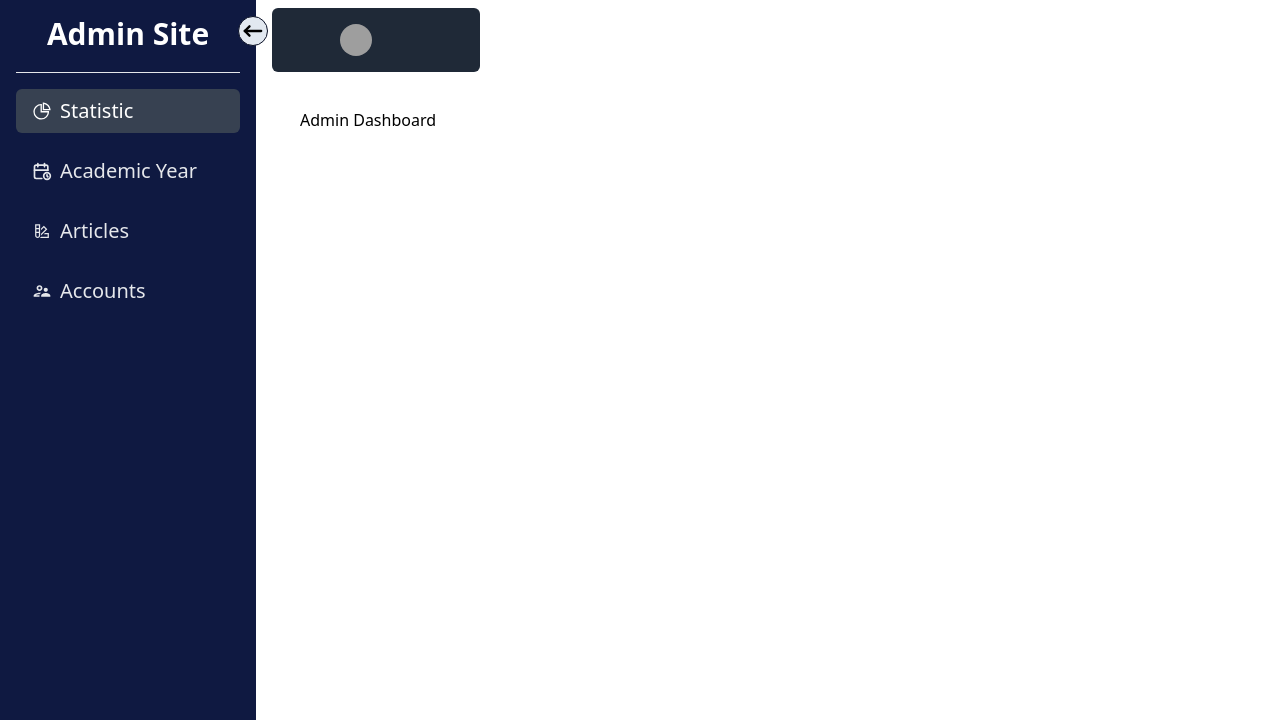
Repository: huynhvanngoan/COMP1640FE-Template
Page: /admin
An editor plug-in stored every save of this project. The page is shown before and after a run of saves, followed by the edit.
The browser window is 1280 px wide. The pictures show the whole page.
Pictures or frames that could not be fetched are drawn as grey boxes. The project was rebuilt for these pictures with package versions that can differ from the ones it lists, and the page was loaded fresh each time. Also part of the build but not shown: src/components/buttonStyles.js, src/pages/LoginPage.jsx, src/pages/student/StudentDashboard.jsx, src/pages/department/DepartmentDashboard.jsx, src/pages/marketing/MarketingDashboard.jsx, src/pages/guest/GuestDashboard.jsx.

Above is the page before, as saved 2024-03-24 07:46:41.

### src/index.js
import React from 'react';
import ReactDOM from 'react-dom/client';
import './index.css';
import App from './App';

const root = ReactDOM.createRoot(document.getElementById('root'));
root.render(
  <React.StrictMode>
      <App />
  </React.StrictMode>
)

### src/index.css
@import url('https://fonts.googleapis.com/css2?family=Inter:wght@100;200;300;400;500;600;700;800;900&display=swap');
@tailwind base;
@tailwind components;
@tailwind utilities;

### src/App.js
import React from 'react'
import { BrowserRouter as Router, Routes, Route, Navigate } from "react-router-dom";
import LoginPage from './pages/LoginPage';
import StudentDashboard from './pages/student/StudentDashboard';
import DepartmentDashboard from './pages/department/DepartmentDashboard';
import MarketingDashboard from './pages/marketing/MarketingDashboard';
import GuestDashboard from './pages/guest/GuestDashboard';
import Layout from './pages/admin/layout';
const App = () => {


  return (
    <Router>
        <Routes>
          <Route path="/login" element={<LoginPage/>} />

          <Route path="/admin" element={<Layout />}/>

          <Route path="/student-dashboard" element={<StudentDashboard />}/>

          <Route path="/guest-dashboard" element={<GuestDashboard />}/>

          <Route path="/department-dashboard" element={<DepartmentDashboard />}/>

          <Route path="/marketing-dashboard" element={<MarketingDashboard />}/>

          {/* <Route path='/marketing-homepage' element={<MarketingHomePage  />}/> */}

          <Route path='*' element={<Navigate to="/login" />} />

        </Routes>
    </Router>
  )
}

export default App

### src/pages/admin/layout.js
import React from 'react';
import Sidebar from './Sidebar';
import Header from './Header';
import AdminDashboard from './AdminDashboard';


export default function Layout() {
  return (
      <div className='flex'>
        <Sidebar />
        <div className='flex flex-col'>
          <Header />
          <AdminDashboard />
        </div>
      </div>
  );
}

### src/pages/admin/Sidebar.js
import React, { useState } from 'react';
import { Link } from 'react-router-dom';
import { AiOutlinePieChart } from "react-icons/ai";
import { TbCalendarTime } from "react-icons/tb";
import { LiaSwatchbookSolid } from "react-icons/lia";
import { MdOutlineSupervisorAccount } from "react-icons/md";
import { TbArrowNarrowLeft } from "react-icons/tb";
export const SidebarContent = [
  {
    icon: AiOutlinePieChart,
    heading: "Statistic"
  },
  {
    icon: TbCalendarTime,
    heading: "Academic Year"
  },
  {
    icon: LiaSwatchbookSolid,
    heading: "Articles"
  },
  {
    icon: MdOutlineSupervisorAccount,
    heading: "Accounts"
  }
]

export default function Sidebar() {
  const [selected, setSelected] = useState(0);
  const [colapse, setColapse] = useState(true);

  return (
    <div className={`left-0 top-0 h-screen bg-[#0f1941] p-4 ${colapse ? "w-64" : "w-20"} duration-300`}>
        <div className='flex flex-col'>
           <div className='relative flex h-12 justify-end'>
            {
              colapse ? (<h1 className='text-white text-3xl font-bold mx-auto '>Admin Site</h1>) : ''
            }
            <TbArrowNarrowLeft className={`text-3xl bg-slate-200 rounded-full cursor-pointer absolute -right-7 border border-[#080e24] hover:text-white ${!colapse && 'rotate-180'}`} onClick={() => setColapse(!colapse)} />
           </div>
          <ul className='my-2 border-t pt-4 w-full items-center'>
            {SidebarContent.map((item, index) => {
              return (
                <li className={selected === index  ? "mb-4 group active" : "mb-4" } key={index} onClick={() => setSelected(index)}>
                  <Link to="#" className={`flex w-full rounded-md items-center space-x-2 text-gray-200 hover:bg-[#080e24] hover:text-white group-[.active]:bg-gray-700 group-[.active]:text-white ${colapse ? 'text-xl px-4 py-2 ': 'text-3xl px-2 py-1'}`}>
                    { colapse ? (
                      <>
                        <item.icon />
                        <span>{item.heading}</span>
                      </>
                    ) : ( <item.icon />)
                    }
                  </Link>
                </li>
              )
            })}
          </ul>
        </div>
    </div>
  );
}

### src/pages/admin/Header.js
import { Disclosure, Menu, Transition } from '@headlessui/react';
import React from 'react';
import { Fragment } from 'react';
function classNames(...classes) {
  return classes.filter(Boolean).join(' ')
}

export default function Header() {
  return (
    <Disclosure as="nav" className="bg-gray-800 my-2 rounded-md ml-4 right-0 w-7xl">
      {({ open }) => (
        <>
          <div className="mx-auto max-w-full px-2 sm:px-6 lg:px-8">
            <div className="relative flex h-16 items-center justify-between">
              <div className="absolute inset-y-0 right-0 flex items-center pr-2 sm:static sm:inset-auto sm:ml-6 sm:pr-0">
                <Menu as="div" className="relative ml-3">
                  <div>
                    <Menu.Button className="relative flex rounded-full bg-gray-800 text-sm focus:outline-none focus:ring-2 focus:ring-white focus:ring-offset-2 focus:ring-offset-gray-800">
                      <span className="absolute -inset-1.5" />
                      <span className="sr-only">Open user menu</span>
                      <img
                        className="h-8 w-8 rounded-full"
                        src="https://images.unsplash.com/photo-1472099645785-5658abf4ff4e?ixlib=rb-1.2.1&ixid=eyJhcHBfaWQiOjEyMDd9&auto=format&fit=facearea&facepad=2&w=256&h=256&q=80"
                        alt=""
                      />
                    </Menu.Button>
                  </div>
                  <Transition
                    as={Fragment}
                    enter="transition ease-out duration-100"
                    enterFrom="transform opacity-0 scale-95"
                    enterTo="transform opacity-100 scale-100"
                    leave="transition ease-in duration-75"
                    leaveFrom="transform opacity-100 scale-100"
                    leaveTo="transform opacity-0 scale-95"
                  >
                    <Menu.Items className="absolute right-0 z-10 mt-2 w-48 origin-top-right rounded-md bg-white py-1 shadow-lg ring-1 ring-black ring-opacity-5 focus:outline-none">
                      <Menu.Item>
                        {({ active }) => (
                          <a
                            href="#"
                            className={classNames(active ? 'bg-gray-100' : '', 'block px-4 py-2 text-sm text-gray-700')}
                          >
                            Your Profile
                          </a>
                        )}
                      </Menu.Item>
                      <Menu.Item>
                        {({ active }) => (
                          <a
                            href="#"
                            className={classNames(active ? 'bg-gray-100' : '', 'block px-4 py-2 text-sm text-gray-700')}
                          >
                            Settings
                          </a>
                        )}
                      </Menu.Item>
                      <Menu.Item>
                        {({ active }) => (
                          <a
                            href="#"
                            className={classNames(active ? 'bg-gray-100' : '', 'block px-4 py-2 text-sm text-gray-700')}
                          >
                            Sign out
                          </a>
                        )}
                      </Menu.Item>
                    </Menu.Items>
                  </Transition>
                </Menu>
              </div>
            </div>
          </div>
        </>
      )}
    </Disclosure>
  )
}

### src/pages/admin/AdminDashboard.js
import React from 'react'

const AdminDashboard = () => {
  return (
      <div className='p-7 mx-4 w-full max-h-full bg'>
        Admin Dashboard
      </div>
  )
}

export default AdminDashboard

### tailwind.config.js
/** @type {import('tailwindcss').Config} */
module.exports = {
  content: [
    "./src/**/*.{js,jsx,ts,tsx}",
  ],
  theme: {
    extend: {
      fontFamily: {
        "inter": ["Inter", "sans-serif"]
      }
    },
  },
  plugins: [],
}

Loaded but not shown: public/index.html (common file)

After the next 3 saves:
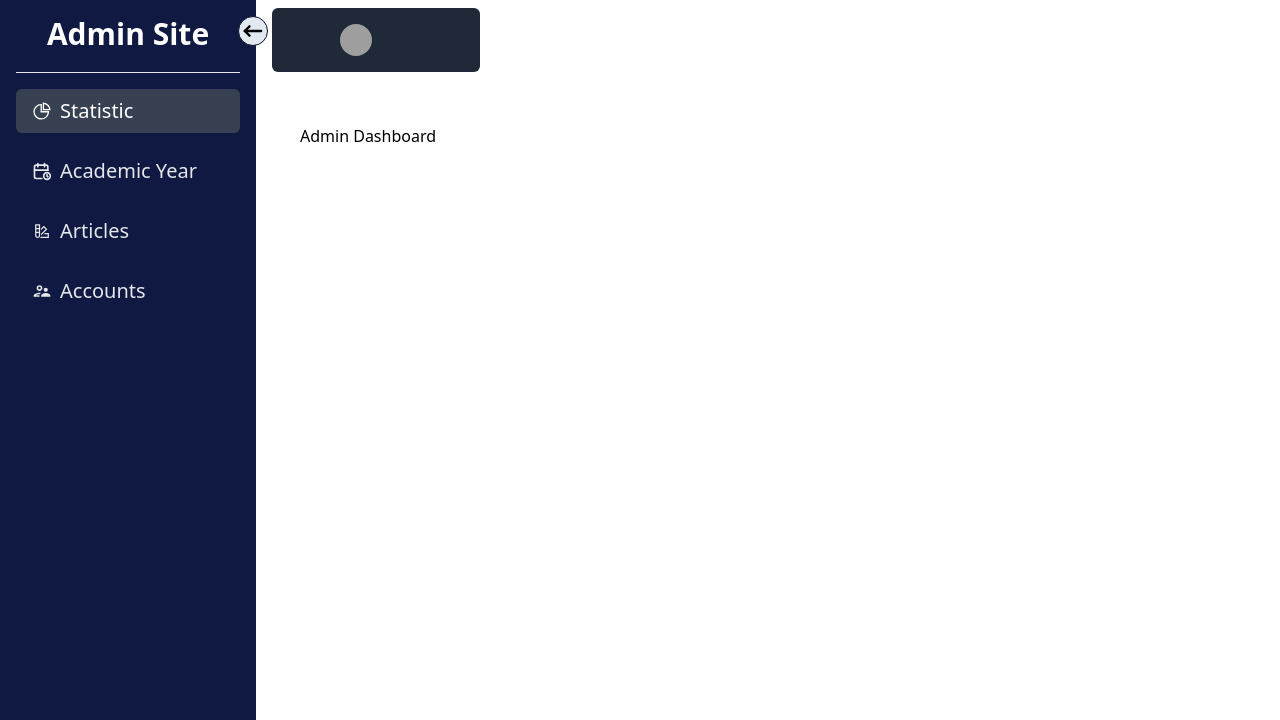
The 3 saves are shown as one change because they came seconds apart.
The last was saved 9 s later.
--- a/src/pages/admin/AdminDashboard.js
+++ b/src/pages/admin/AdminDashboard.js
@@ -2,7 +2,7 @@ import React from 'react'
 
 const AdminDashboard = () => {
   return (
-      <div className='p-7 mx-4 w-full max-h-full bg'>
+      <div className='p-7 m-4 w-full max-h-full rounded-sm'>
         Admin Dashboard
       </div>
   )
